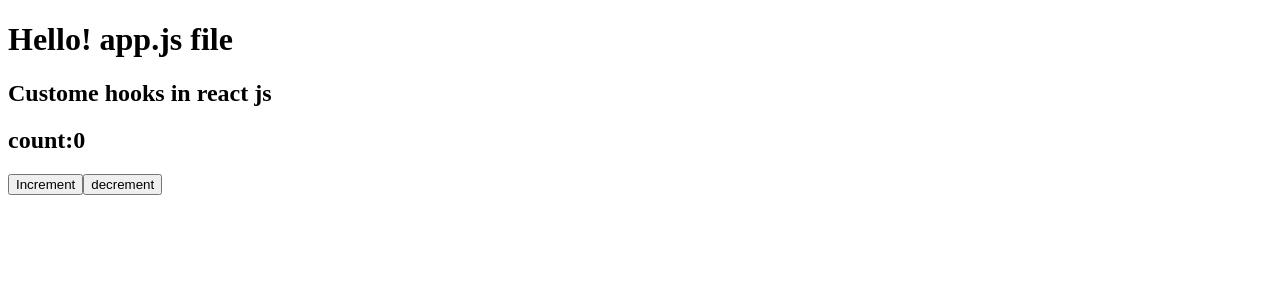
Repository: Gulzarokz/React_Course_Review
Page: / (app in vite-Project/)
These files come from the project's save history. The page is drawn as it stood at one moment and after the next save; the edit follows.
The browser window is 1280 px wide. The pictures show the whole page.
The project was rebuilt for these pictures with package versions that can differ from the ones it lists, and the page was loaded fresh each time. Also part of the build but not shown: vite-Project/vite.config.js.

Above is the page before, as saved 2026-04-30 12:15:32.

After the next save:
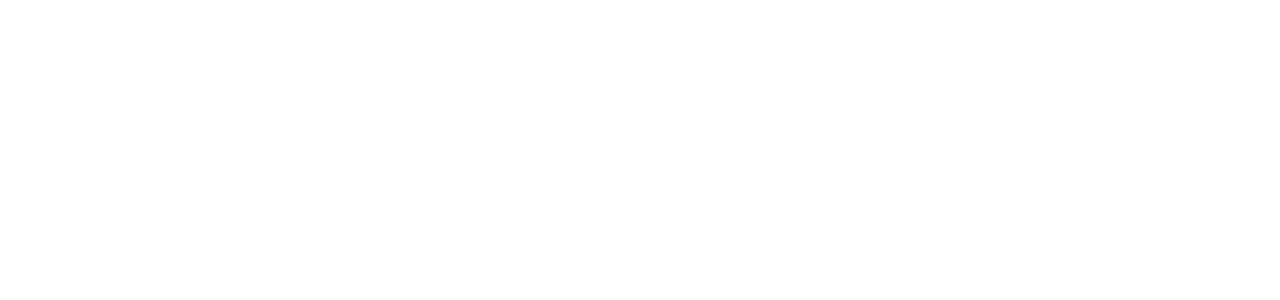
Console error: ReferenceError: count is not defined
Saved 12 s later.
--- a/vite-Project/src/myCount.jsx
+++ b/vite-Project/src/myCount.jsx
@@ -1,14 +1,14 @@
 import React, { useState } from 'react'
 
 const MyCount = () => {
-    const [count, setCount] = useState(0)
+    // const [count, setCount] = useState(0)
 
-    const increment = () => {
-        setCount(count + 1)
-    }
-    const decrement = () => {
-        setCount(count - 1)
-    }
+    // const increment = () => {
+    //     setCount(count + 1)
+    // }
+    // const decrement = () => {
+    //     setCount(count - 1)
+    // }
     return (
         <>
             <h2>Custome hooks in react js</h2>

After the 3 saves that followed:
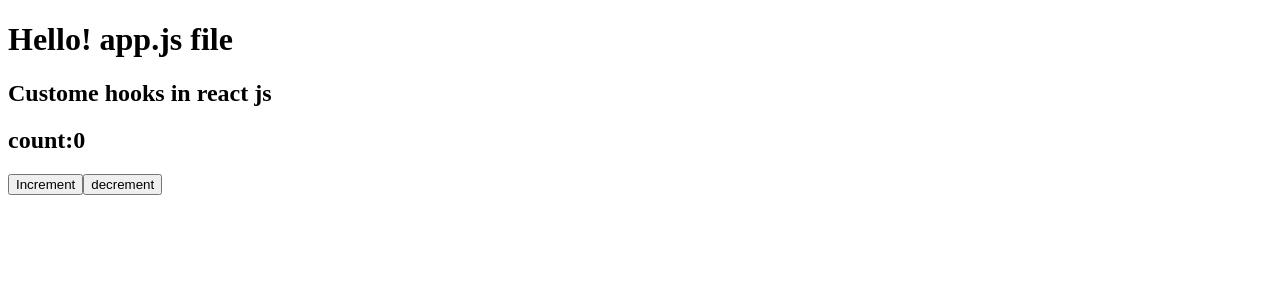
The error is gone.
The 3 saves are shown as one change because 2 left the picture as it was.
The last was saved 4 min 44 s later.
--- a/vite-Project/src/myCount.jsx
+++ b/vite-Project/src/myCount.jsx
@@ -1,5 +1,5 @@
 import React, { useState } from 'react'
-
+import useCount from './useCount.js'
 const MyCount = () => {
     // const [count, setCount] = useState(0)
 
@@ -9,6 +9,7 @@
     // const decrement = () => {
     //     setCount(count - 1)
     // }
+    const [count, increment, decrement] = useCount(0)
     return (
         <>
             <h2>Custome hooks in react js</h2>
--- a/vite-Project/src/useCount.js
+++ b/vite-Project/src/useCount.js
@@ -1,4 +1,15 @@
+import { useState } from "react"
+const useCount = () => {
+    const [count, setCount] = useState(0)
 
-const useCount = () => {
+    const increment = () => {
+        setCount(count + 1)
+    }
+    const decrement = () => {
+        setCount(count - 1)
+    }
 
+    return [count, increment, decrement]
 }
+
+export default useCount
